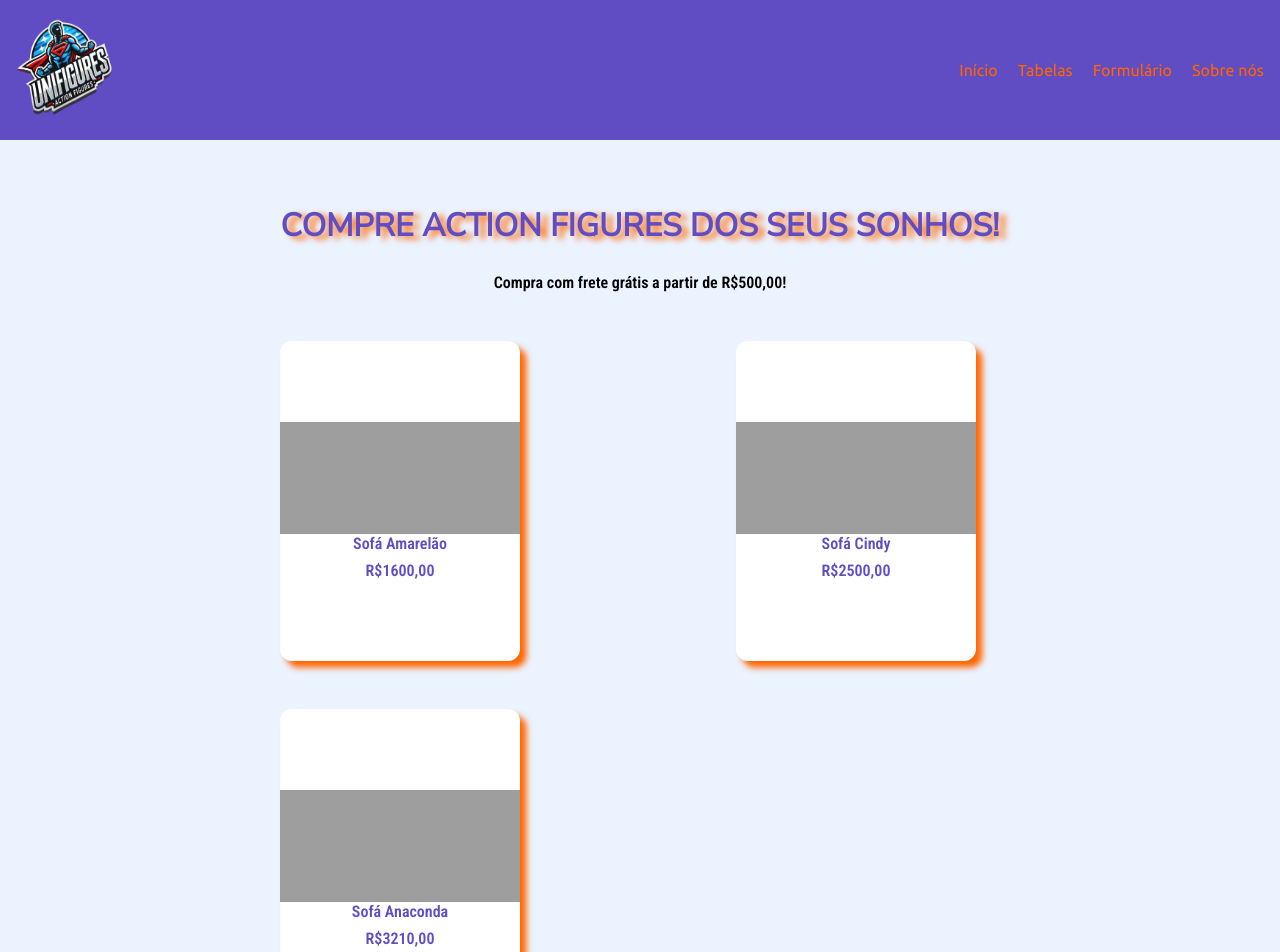
Repository: rafaelhaltarribaFacul/projeto-site
Page: home.html
An editor plug-in stored every save of this project. The page is shown before and after the next save, followed by the edit.
The browser window is 1280 px wide. The pictures show the part of the page from y = 0 to 952 px (the page is 1750 px tall before and 1821 px after).
Pictures or frames that could not be fetched are drawn as grey boxes. A picture or video elsewhere on the page could not be fetched, so the positions and the page height are approximate. Some web fonts or font styles are not loaded; a fallback is used.

Above is the page before, as saved 2024-09-19 20:37:47.

### home.html
<!DOCTYPE html>
<html lang="en">
  <head>
    <meta charset="UTF-8" />
    <meta name="viewport" content="width=device-width, initial-scale=1.0" />
    <link rel="stylesheet" href="css/home.css" />
    <title>UniFigures - A loja especialista em action figures!</title>
  </head>

  <body>
    <header class="cabecalho">
      <div class="cabecalho__logo">
        <a href="./home.html" class="link-logo" aria-label="Ir para a página inicial"><img src="assets/logo.png" alt=""></a>
      </div>
      <nav class="cabecalho__menu">
        <a class="menu" href="./home.html" aria-label="Ir para a página inicial">Início</a>
        <a class="menu" href="./produtos.html" aria-label="Ver tabelas de produtos">Tabelas</a>
        <a class="menu" href="./cadastro.html" aria-label="Ir para o formulário de contato">Formulário</a>
        <a class="menu" href="./sobre.html" aria-current="page" aria-label="Página atual: Sobre nós">Sobre nós</a>
      </nav>
    </header>

    <main>
      <div class="C-titulo">
        <div class="titulo">
          <h1>COMPRE ACTION FIGURES DOS SEUS SONHOS!</h1>
        </div>
        <p>
          Compra com frete grátis a partir de R$500,00!
        </p>
      </div>

      <div class="cart-items-container">
        <a href="produtos.html" aria-label="Ver detalhes do Sofá Amarelão">
          <div class="cart-item">
            <span class="itens-sofa">
              <img src="./img/amarelao.webp" alt="sofa amarelo" />
              <div class="content">
                <h3>Sofá Amarelão</h3>
                <div class="price">R$1600,00</div>
              </div>
            </span>
          </div>
        </a>
        <a href="produtos.html">
          <div class="cart-item">
            <span class="itens-sofa">
              <img src="./img/cindy.webp" alt="sofa marrom" />
              <div class="content">
                <h3>Sofá Cindy</h3>
                <div class="price">R$2500,00</div>
              </div>
            </span>
          </div>
        </a>
        <a href="produtos.html">
          <div class="cart-item">
            <span class="itens-sofa">
              <img src="./img/sofa-anaconda.webp" alt="sofa branco" />
              <div class="content">
                <h3>Sofá Anaconda</h3>
                <div class="price">R$3210,00</div>
              </div>
            </span>
          </div>
        </a>
      </div>
    </main>

    <footer class="rodape">
      <p class="rodape__links">
        Acesse nossas páginas nas redes sociais:
        <br />
      </p>
      <section class="icones__links">
        <a href="https://www.instagram.com/" rel="noopener noreferrer" aria-label="Siga-nos no Instagram">
          <img src="./img/icone-instagram.png" alt="Logo instagram" />
        </a>
        <a href="https://www.whatsapp.com/" rel="noopener noreferrer" aria-label="Entre em contato conosco pelo WhatsApp">
          <img src="./img/icone-whastapp.png" alt="Logo whatsapp" />
        </a>
        <a href="https://www.facebook.com/" rel="noopener noreferrer" aria-label="Siga-nos no Facebook">
          <img src="./img/icone-facebook.png" alt="Logo facebook" />
        </a>
        <a href="https://www.linkedin.com/" rel="noopener noreferrer" aria-label="Conecte-se conosco no LinkedIn">
          <img src="./img/icone-linkedin.png" alt="Logo linkedin" />
        </a>
      </section>
      <p class="rodape__paragrafo">
        <br />Copyright &copy; 2024 UniSofa. Todos os direitos reservados.<br />
        Endereço: Rodovia, SC-401, 3730 - Saco Grande, Florianópolis - SC,
        88032-005
      </p>
    </footer>
  </body>
</html>

### css/home.css
@import url("https://fonts.googleapis.com/css2?family=New+Amsterdam&display=swap");
@import url("https://fonts.googleapis.com/css2?family=Ubuntu&display=swap");
@import url("https://fonts.googleapis.com/css2?family=Nunito+Sans:opsz@6..12&family=Ubuntu&display=swap");
@import url("https://fonts.googleapis.com/css2?family=Nunito+Sans:opsz@6..12&family=Roboto+Condensed:wght@600&family=Ubuntu&display=swap");

:root {
    --cor-pricipal: #604CC3;
    --cor-secundaria: #FF6600;
    --cor-terciaria: #99c2ff;
    --cor-quaternaria: #ebf3ff;
    --cor-quintenaria: #000001;


    --fonte-logo: "New Amsterdam", sans-serif;
    --fonte-principal: "Nunito Sans", sans-serif;
    --fonte-secundaria: "Roboto Condensed", sans-serif;
    --fonte-terciaria: "Ubuntu", sans-serif;

    font-size: 16px;
}

* {
    text-decoration: none;
    margin: 0;
    padding: 0;
    box-sizing: border-box;
}

body {
    background-color: var(--cor-quaternaria);
    color: var(--cor-quintenaria);
    font-family: var(--fonte-pricipal);
    margin: 0;
    padding: 0;
    min-height: 100vh;
    display: flex;
    flex-direction: column;
}

.cabecalho {
    display: flex;
    justify-content: space-between;
    align-items: center;
    padding: 1rem;
    flex-wrap: wrap;
    background-color: var(--cor-pricipal);
}

.cabecalho__logo {
    margin-bottom: 0.5rem;
}

.cabecalho__logo img {
    height: 100px;
    width: 100px;
    display: flex;
    flex-wrap: wrap;
    gap: 1rem;
}

.cabecalho__menu {
    display: flex;
    gap: 1rem;
    flex-wrap: wrap;
}

.link-logo {
    font-family: var(--fonte-logo);
    color: var(--cor-quaternaria);
    font-size: 3rem;
}

.cabecalho__menu {
    display: flex;
    gap: 1.25rem;
}

.menu {
    color: var(--cor-secundaria);
    font-family: var(--fonte-terciaria);
}

.rodape {
    background-color: var(--cor-pricipal);
    color: var(--cor-quaternaria);
    text-align: center;
    padding: 1rem;
    margin-top: auto;
}

.icones__links {
    display: inline;
}

.rodape__paragrafo {
    margin-top: -15px;
}

@media (max-width: 768px) {
    .cabecalho {
        flex-direction: column;
        align-items: flex-start;
        padding: 1rem;
    }

    .cabecalho__menu {
        flex-direction: column;
        gap: 0.5rem;
        margin-top: 1rem;
    }

    .cart-items-container {
        gap: 2rem 6rem;
        width: 80vw;
        padding: 16px;
    }

    .cart-items-container .cart-item {
        width: 12rem;
    }
}

.cart-items-container {
    display: grid;
    grid-template-columns: repeat(auto-fit, minmax(200px, 1fr));
    gap: 3rem 12rem;
    width: 60vw;
    margin: auto;
    margin-top: 16px;
    background-color: var(--cor-quaternaria);
    padding: 24px;
}

.cart-items-container .cart-item {
    display: flex;
    align-items: center;
    width: 15rem;
    background-color: white;
    box-shadow: var(--cor-secundaria) 0.4em 0.4em 0.4em;
    height: 20rem;
    border-radius: 12px;
}

.cart-items-container .cart-item .itens-sofa {
    display: flex;
    flex-direction: column;
    font-size: 2rem;
    cursor: pointer;
    text-align: center;
    width: 15rem;
}

.cart-items-container .cart-item .itens-sofa:hover {
    color: var(--cor-pricipal);
}

.cart-items-container .cart-item img {
    height: 7rem;
    width: 15rem;
}

.cart-items-container .cart-item .content h3 {
    font-size: 1rem;
    color: var(--cor-pricipal);
    font-family: var(--fonte-secundaria);
    padding-bottom: .5rem;
}

.cart-items-container .cart-item .content .price {
    font-size: 1rem;
    color: var(--cor-pricipal);
    font-family: var(--fonte-secundaria);
}

.titulo {
    font-family: var(--fonte-principal);
    text-align: center;
    color: var(--cor-pricipal);
    text-shadow: var(--cor-secundaria) 0.4em 0.2em 0.4em;
    margin-top: 5%;
    margin-bottom: 2%;
}

.C-titulo p {
    font-family: var(--fonte-secundaria);
    color: var(--cor-quintenaria);
    text-align: center;
    margin: auto;
    width: 60vw;
    margin-bottom: 2%;
}

@media screen and (max-width: 480px) {
    .cabecalho__menu {
        flex-direction: column;
        align-items: flex-start;
    }
}

After the next save:
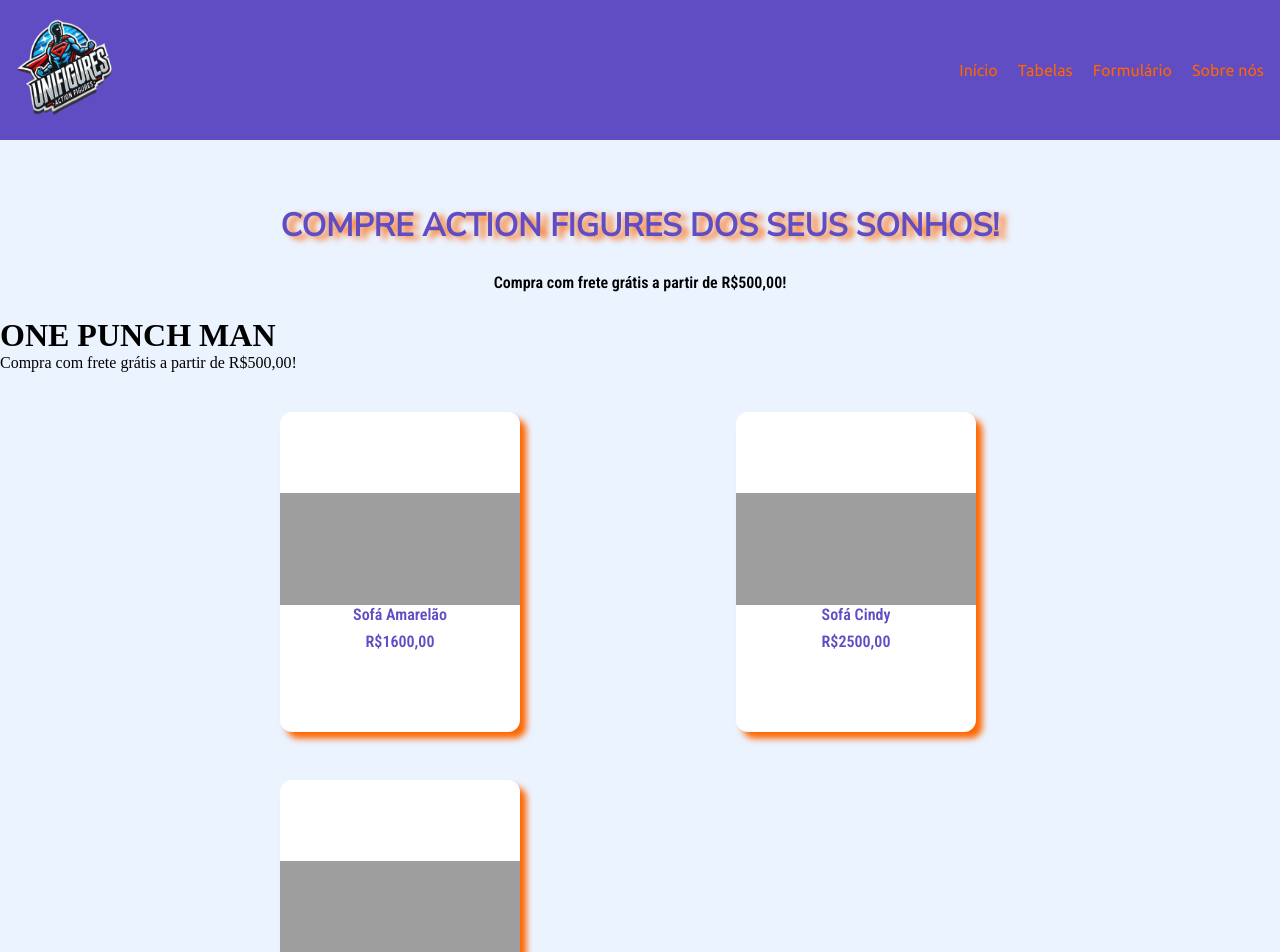
Saved 35 s later.
--- a/home.html
+++ b/home.html
@@ -29,6 +29,14 @@
           Compra com frete grátis a partir de R$500,00!
         </p>
       </div>
+
+      <div class="sub-titulo">
+        <h1>ONE PUNCH MAN</h1>
+      </div>
+      <p>
+        Compra com frete grátis a partir de R$500,00!
+      </p>
+    </div>
 
       <div class="cart-items-container">
         <a href="produtos.html" aria-label="Ver detalhes do Sofá Amarelão">
